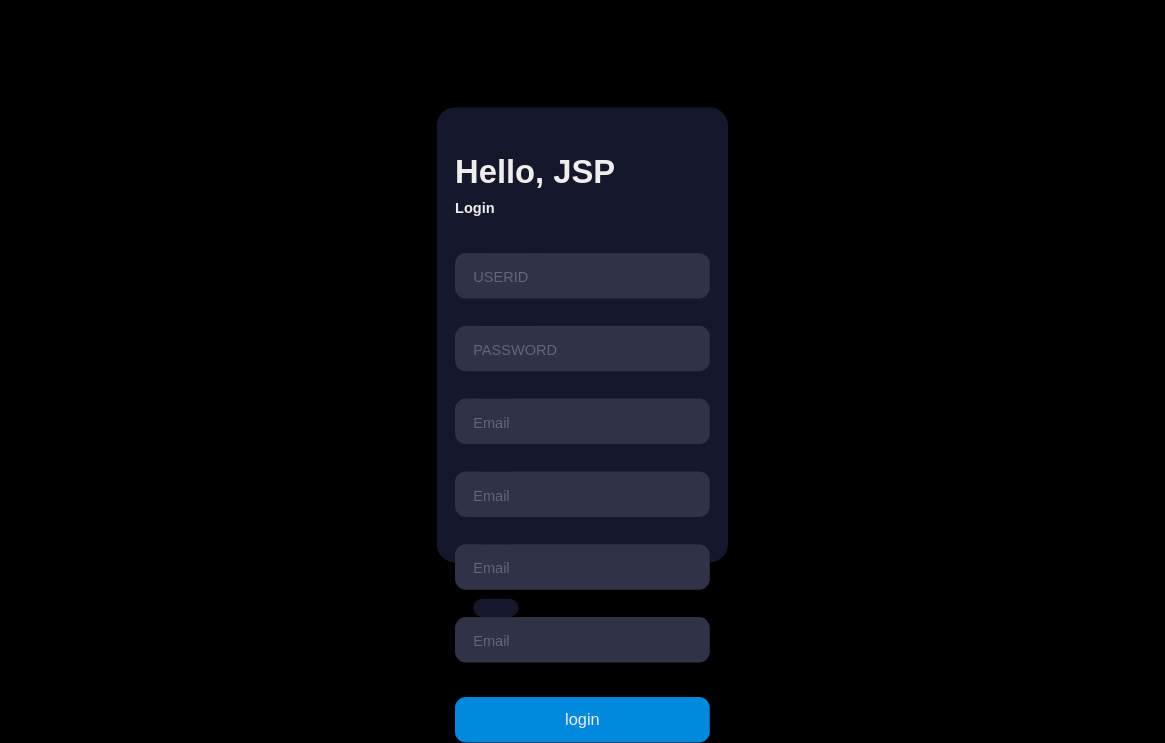
Repository: uhhuhhmm/JSP-Servlet-Class
Page: http://localhost/web03/form304.jsp
An editor plug-in stored every save of this project. The page is shown before and after the next save, followed by the edit.
The browser window is 1280 px wide. The pictures show the whole page, at 91% of full size.
The page is served by Tomcat 9. Other server files are loaded and not shown.

Above is the page before, as saved 2022-07-15 02:06:16.

### web03/WebContent/form304.jsp
<%@ page language="java" contentType="text/html; charset=UTF-8"
    pageEncoding="UTF-8"%>
    <%
	request.setCharacterEncoding("UTF-8");
%>
<jsp:useBean id="member" class="com.j.javabeans.MemberBean"></jsp:useBean>
<jsp:setProperty property="*" name="member"/>
<!DOCTYPE html>
<html>
<head>
<meta charset="UTF-8">
<title>Login</title>
<style type="text/css">
body {
  align-items: center;
  background-color: #000;
  display: flex;
  justify-content: center;
  height: 100vh;
}

.form {
  background-color: #15172b;
  border-radius: 20px;
  box-sizing: border-box;
  height: 500px;
  padding: 20px;
  width: 320px;
}

.title {
  color: #eee;
  font-family: sans-serif;
  font-size: 36px;
  font-weight: 600;
  margin-top: 30px;
}

.subtitle {
  color: #eee;
  font-family: sans-serif;
  font-size: 16px;
  font-weight: 600;
  margin-top: 10px;
}

.input-container {
  height: 50px;
  position: relative;
  width: 100%;
}

.ic1 {
  margin-top: 40px;
}

.ic2 {
  margin-top: 30px;
}

.input {
  background-color: #303245;
  border-radius: 12px;
  border: 0;
  box-sizing: border-box;
  color: #eee;
  font-size: 18px;
  height: 100%;
  outline: 0;
  padding: 4px 20px 0;
  width: 100%;
}

.cut {
  background-color: #15172b;
  border-radius: 10px;
  height: 20px;
  left: 20px;
  position: absolute;
  top: -20px;
  transform: translateY(0);
  transition: transform 200ms;
  width: 76px;
}

.cut-short {
  width: 50px;
}

.input:focus ~ .cut,
.input:not(:placeholder-shown) ~ .cut {
  transform: translateY(8px);
}

.placeholder {
  color: #65657b;
  font-family: sans-serif;
  left: 20px;
  line-height: 14px;
  pointer-events: none;
  position: absolute;
  transform-origin: 0 50%;
  transition: transform 200ms, color 200ms;
  top: 20px;
}

.input:focus ~ .placeholder,
.input:not(:placeholder-shown) ~ .placeholder {
  transform: translateY(-30px) translateX(6px) scale(0.75);
}

.input:not(:placeholder-shown) ~ .placeholder {
  color: #808097;
}

.input:focus ~ .placeholder {
  color: #dc2f55;
}

.submit {
  background-color: #08d;
  border-radius: 12px;
  border: 0;
  box-sizing: border-box;
  color: #eee;
  cursor: pointer;
  font-size: 18px;
  height: 50px;
  margin-top: 38px;
  // outline: 0;
  text-align: center;
  width: 100%;
}

.submit:active {
  background-color: #06b;
}
</style>
</head>
<body>
<form method="post" action="addMember298.jsp">
<div class="form">
      <div class="title">Hello, JSP</div>
      <div class="subtitle">Login</div>
      <div class="input-container ic1">
        <input id="userid" name="id" class="input" type="text" placeholder=" " />
        <div class="cut"></div>
        <label for="userid" class="placeholder">USERID</label>
      </div>
      <div class="input-container ic2">
        <input id="userpwd" name="pwd" class="input" type="text" placeholder=" " />
        <div class="cut"></div>
        <label for="userpwd" class="placeholder">PASSWORD</label>
      </div>
      <div class="input-container ic2">
        <input id="email" class="input" type="text" placeholder=" " />
        <div class="cut cut-short"></div>
        <label for="email" class="placeholder">Email</>
      </div>
      <div class="input-container ic2">
        <input id="email" class="input" type="text" placeholder=" " />
        <div class="cut cut-short"></div>
        <label for="email" class="placeholder">Email</>
      </div>
      <div class="input-container ic2">
        <input id="email" class="input" type="text" placeholder=" " />
        <div class="cut cut-short"></div>
        <label for="email" class="placeholder">Email</>
      </div>
      <div class="input-container ic2">
        <input id="email" class="input" type="text" placeholder=" " />
        <div class="cut cut-short"></div>
        <label for="email" class="placeholder">Email</>
      </div>
      <button type="submit" class="submit" value="로그인">login</button>
    </div>
</form>

<!-- 	<form method="post" action="testLogin261.jsp"> -->

<!-- 		<label for="userid"> 아이디 : </label> -->
<!-- 		<input type="text" name="id" id="userid"><br> -->

<!-- 		<label for="userpwd"> 암 &nbsp; 호 : </label> -->
<!-- 		<input type="password" name="pwd" id="userpwd"><br> -->

<!-- 		<input type="submit" value="로그인"> -->

<!-- 	</form> -->
</body>
</html>

### web03/src/com/j/javabeans/MemberBean.java
package com.j.javabeans;

import lombok.Getter;
import lombok.Setter;

@Getter
@Setter
public class MemberBean {
	private String name;
	private String userid;
	private String nickname;
	private String pwd;
	private String email;
	private String phone;


}

After the next save:
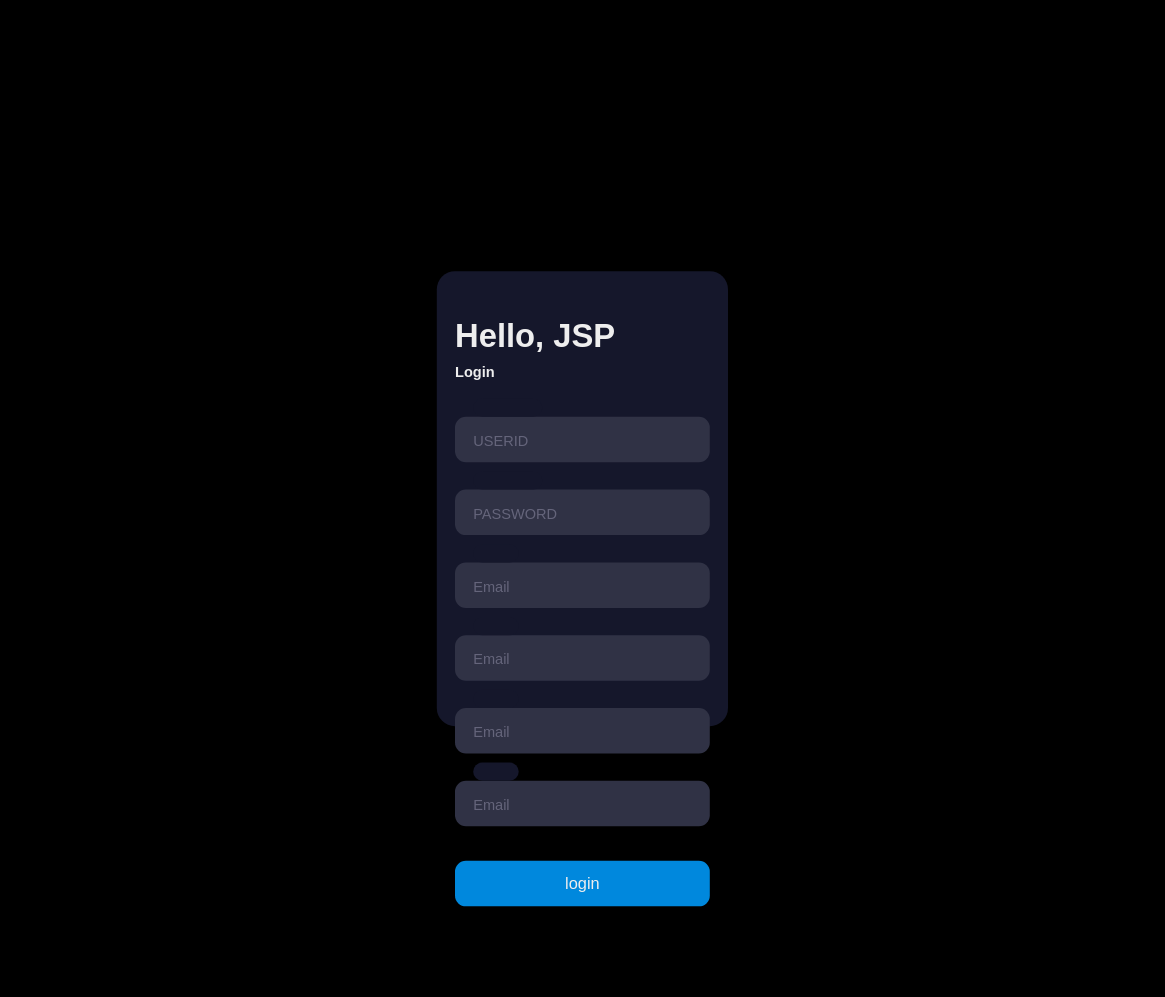
Saved 23 s later.
--- a/web03/WebContent/form304.jsp
+++ b/web03/WebContent/form304.jsp
@@ -16,7 +16,7 @@
   background-color: #000;
   display: flex;
   justify-content: center;
-  height: 100vh;
+  height: 150vh;
 }
 
 .form {

After the save that followed:
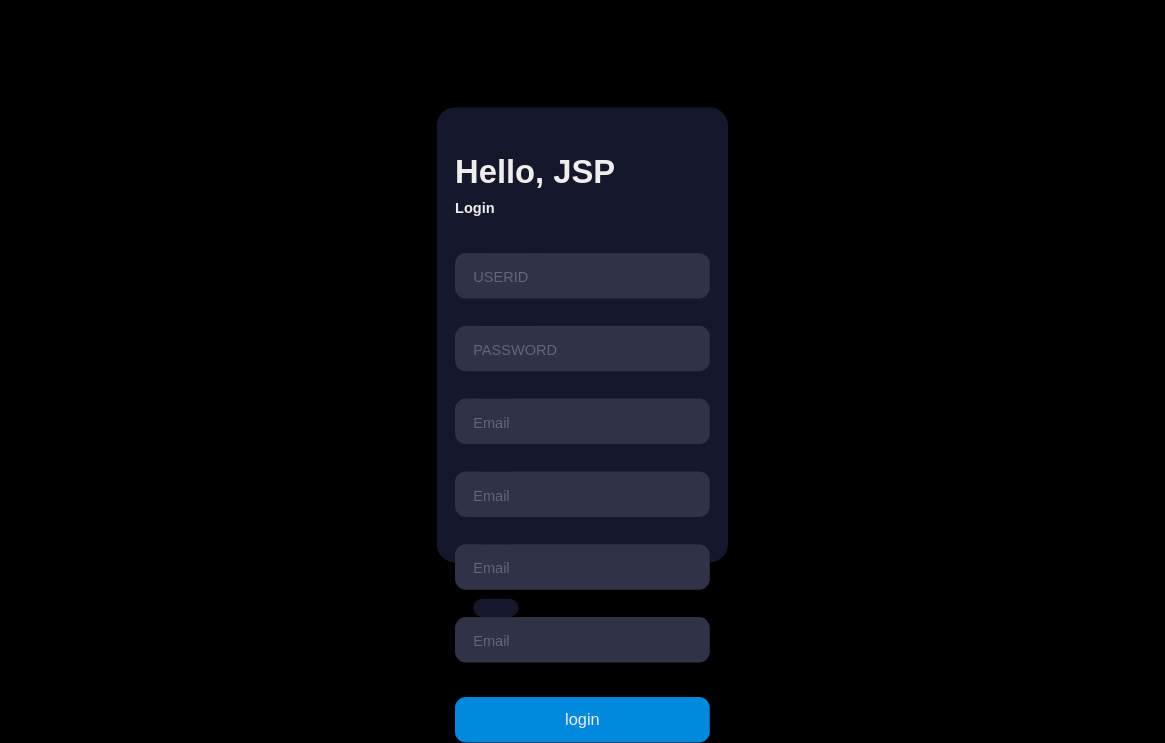
Saved 16 s later.
--- a/web03/WebContent/form304.jsp
+++ b/web03/WebContent/form304.jsp
@@ -16,7 +16,7 @@
   background-color: #000;
   display: flex;
   justify-content: center;
-  height: 150vh;
+  height: 100vh;
 }
 
 .form {
